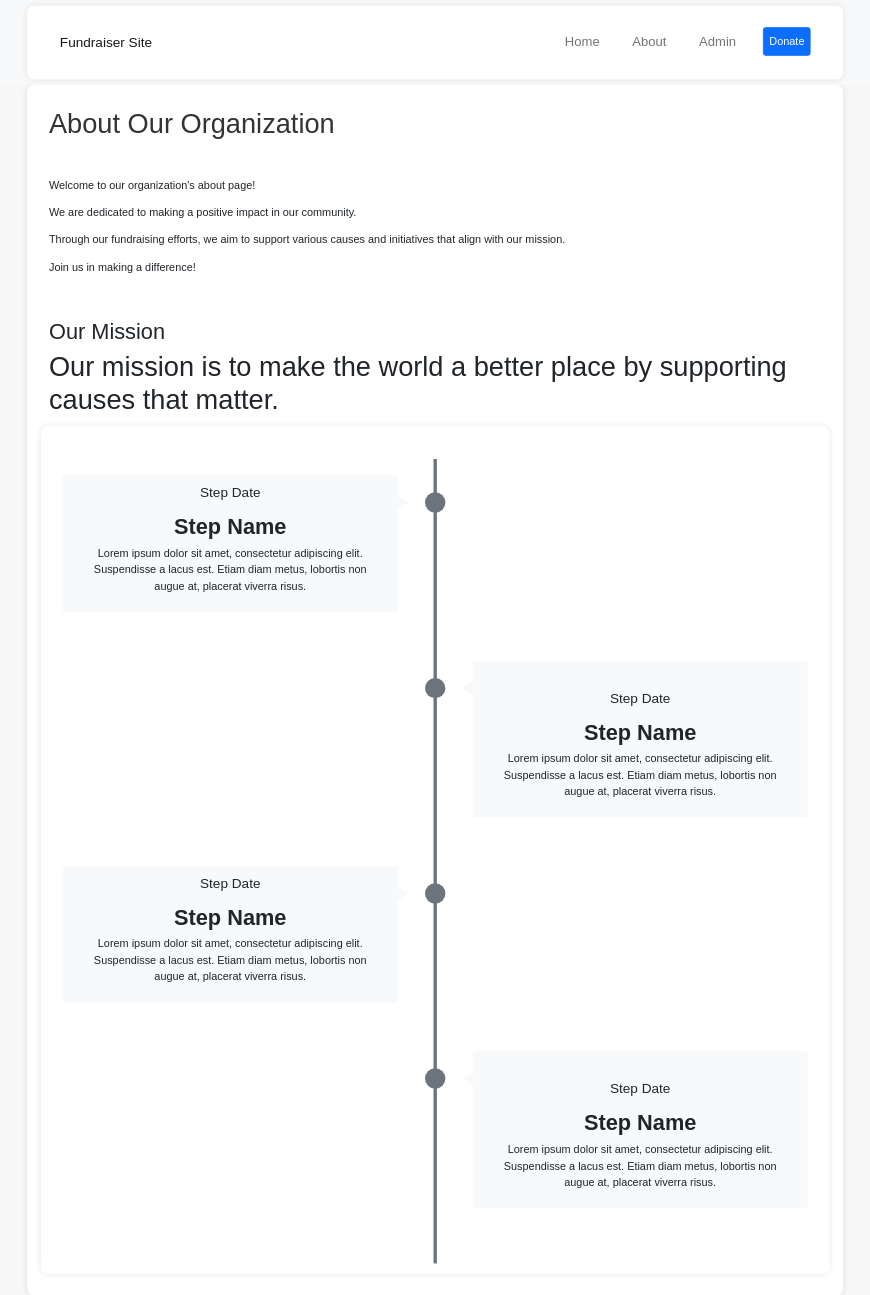
Repository: DragonFruit8/Fundraiser-Page
Page: /about
The author's editor kept a copy of each file at every save. The page is drawn from the files as they stood at one save, then again after a run of saves.
The browser window is 1280 px wide. The pictures show the whole page, at 68% of full size.
The project was rebuilt for these pictures with package versions that can differ from the ones it lists, and the page was loaded fresh each time. Also part of the build but not shown: src/pages/HomeContainer.js, src/pages/Donate.js, src/pages/Admin.js.

Above is the page before, as saved 2024-07-19 14:05:10.

### public/index.html
<!DOCTYPE html>
<html lang="en">
  <head>
    <meta charset="utf-8" />
    <link rel="icon" href="%PUBLIC_URL%/favicon.ico" />
    <meta name="viewport" content="width=device-width, initial-scale=1" />
    <meta name="theme-color" content="#000000" />
    <meta
      name="description"
      content="Web site created using create-react-app"
    />
    <link rel="apple-touch-icon" href="%PUBLIC_URL%/logo192.png" />
    <link
      href="https://cdn.jsdelivr.net/npm/bootstrap@5.0.2/dist/css/bootstrap.min.css"
      rel="stylesheet"
      integrity="sha384-EVSTQN3/azprG1Anm3QDgpJLIm9Nao0Yz1ztcQTwFspd3yD65VohhpuuCOmLASjC"
      crossorigin="anonymous"
    />
    <!--
      manifest.json provides metadata used when your web app is installed on a
      user's mobile device or desktop. See https://developers.google.com/web/fundamentals/web-app-manifest/
    -->
    <link rel="manifest" href="%PUBLIC_URL%/manifest.json" />
    <!--
      Notice the use of %PUBLIC_URL% in the tags above.
      It will be replaced with the URL of the `public` folder during the build.
      Only files inside the `public` folder can be referenced from the HTML.

      Unlike "/favicon.ico" or "favicon.ico", "%PUBLIC_URL%/favicon.ico" will
      work correctly both with client-side routing and a non-root public URL.
      Learn how to configure a non-root public URL by running `npm run build`.
    -->
    <title>React App</title>
  </head>
  <body>
    <noscript>You need to enable JavaScript to run this app.</noscript>
    <div id="root"></div>
    <!--
      This HTML file is a template.
      If you open it directly in the browser, you will see an empty page.

      You can add webfonts, meta tags, or analytics to this file.
      The build step will place the bundled scripts into the <body> tag.

      To begin the development, run `npm start` or `yarn start`.
      To create a production bundle, use `npm run build` or `yarn build`.
    -->
    <script
      src="https://cdn.jsdelivr.net/npm/bootstrap@5.0.2/dist/js/bootstrap.bundle.min.js"
      integrity="sha384-MrcW6ZMFYlzcLA8Nl+NtUVF0sA7MsXsP1UyJoMp4YLEuNSfAP+JcXn/tWtIaxVXM"
      crossorigin="anonymous"
    ></script>
    <script
      src="https://cdn.jsdelivr.net/npm/@popperjs/core@2.9.2/dist/umd/popper.min.js"
      integrity="sha384-IQsoLXl5PILFhosVNubq5LC7Qb9DXgDA9i+tQ8Zj3iwWAwPtgFTxbJ8NT4GN1R8p"
      crossorigin="anonymous"
    ></script>
    <script
      src="https://cdn.jsdelivr.net/npm/bootstrap@5.0.2/dist/js/bootstrap.min.js"
      integrity="sha384-cVKIPhGWiC2Al4u+LWgxfKTRIcfu0JTxR+EQDz/bgldoEyl4H0zUF0QKbrJ0EcQF"
      crossorigin="anonymous"
    ></script>
  </body>
</html>

### src/App.js
import React from 'react';
import { BrowserRouter as Router, Route, Routes } from 'react-router-dom';
import Home from './pages/HomeContainer';
import About from './pages/About';
import Donate from './pages/Donate';
import Admin from './pages/Admin';
import GlobalStyle from './globalStyles';
import Navbar from './components/Navbar';

const App = () => {
  return (
    <Router>
      <GlobalStyle />
        <Navbar />
      <Routes>
          <Route exact path="/" element={<Home />} />
          <Route path="/about" element={<About />} />
          <Route path="/donate" element={<Donate />} />
          <Route path="/admin" element={<Admin />} />
      </Routes>
    </Router>
  );
};

export default App;

### src/pages/About.js
import React from 'react';
import styled from 'styled-components';

const AboutContainer = styled.div`
    text-align: center;

    .timeline:before {
        content: "";
        background: var(--bs-secondary);
        width: 5px;
        height: 95%;
        position: absolute;
        left: 50%;
        transform: translateX(-50%);
    }

    .timeline-item:nth-child(even) .timeline-content {
        float: right;
        padding: 40px 30px 10px 30px;
    }

    .timeline-item:nth-child(even) .timeline-content .date {
        right: auto;
        left: 0;
    }

    .timeline-item:nth-child(even) .timeline-content::after {
        content: "";
        position: absolute;
        border-style: solid;
        width: 0;
        height: 0;
        top: 30px;
        left: -15px;
        border-width: 10px 15px 10px 0;
        border-color: transparent var(--bs-light) transparent transparent;
    }

    .timeline-item::after {
        content: "";
        display: block;
        clear: both;
    }

    .timeline-content {
        position: relative;
        width: 45%;
        padding: 10px 30px;
        border-radius: 4px;
        background: var(--bs-light);
    }

    .timeline-content::after {
        content: "";
        position: absolute;
        border-style: solid;
        width: 0;
        height: 0;
        top: 30px;
        right: -15px;
        border-width: 10px 0 10px 15px;
        border-color: transparent transparent transparent var(--bs-light);
    }

    .timeline-img {
        width: 30px;
        height: 30px;
        background: var(--bs-secondary);
        border-radius: 50%;
        position: absolute;
        left: 50%;
        margin-top: 25px;
        margin-left: -15px;
    }

    @media screen and (max-width: 768px) {
        .timeline::before {
            left: 50px;
        }

        .timeline .timeline-img {
            left: 50px;
        }

        .timeline .timeline-content {
            max-width: 100%;
            width: auto;
            margin-left: 70px;
        }

        .timeline .timeline-item:nth-child(even) .timeline-content {
            float: none;
        }

        .timeline .timeline-item:nth-child(odd) .timeline-content::after {
            content: "";
            position: absolute;
            border-style: solid;
            width: 0;
            height: 0;
            top: 30px;
            left: -15px;
            border-width: 10px 15px 10px 0;
            border-color: transparent #f5f5f5 transparent transparent;
        }
    }
`;

const About = () => {
    return (
        <AboutContainer>
            <div className="container col h-100 justify-content-center align-items-center">
                <h1 className="text-start">About Our Organization</h1>
                <div className="row justify-content-center align-items-center">
                    <div className="col-md-12 my-5 text-start" style={{ textAlign: 'center' }}>
                        <p>Welcome to our organization's about page!</p>
                        <p>We are dedicated to making a positive impact in our community.</p>
                        <p>
                            Through our fundraising efforts, we aim to support various causes and initiatives that align with our
                            mission.
                        </p>
                        <p>Join us in making a difference!</p>
                    </div>
                </div>
                <div className="row justify-content-center align-items-center">
                    <div className="col-md-12 display-6 text-start" style={{ textAlign: 'center' }}>
                        <h2 className="display-7">Our Mission</h2>
                        <p>Our mission is to make the world a better place by supporting causes that matter.</p>
                    </div>
                </div>
                {/*  */}
                <div className="row justify-content-center align-items-center">
                    <div className="container py-5 timeline position-relative">
                        <div className="timeline-item w-100 mb-4 py-4 text-dark lc-block">
                            <div className="timeline-img"></div>
                            <div className="timeline-content">
                                <p className="lead">Step Date</p>
                                <h2 className="fw-bold rfs-12">Step Name</h2>
                                <div>
                                    <p>
                                        Lorem ipsum dolor sit amet, consectetur adipiscing elit. Suspendisse a lacus est. Etiam diam metus,
                                        lobortis non augue at, placerat viverra risus.
                                    </p>
                                </div>
                            </div>
                        </div>
                        <div className="timeline-item w-100 mb-4 py-4 text-dark lc-block">
                            <div className="timeline-img"></div>
                            <div className="timeline-content">
                                <p className="lead">Step Date</p>
                                <h2 className="fw-bold rfs-12">Step Name</h2>
                                <div>
                                    <p>
                                        Lorem ipsum dolor sit amet, consectetur adipiscing elit. Suspendisse a lacus est. Etiam diam metus,
                                        lobortis non augue at, placerat viverra risus.
                                    </p>
                                </div>
                            </div>
                        </div>
                        <div className="timeline-item w-100 mb-4 py-4 text-dark lc-block">
                            <div className="timeline-img"></div>
                            <div className="timeline-content">
                                <p className="lead">Step Date</p>
                                <h2 className="fw-bold rfs-12">Step Name</h2>
                                <div>
                                    <p>
                                        Lorem ipsum dolor sit amet, consectetur adipiscing elit. Suspendisse a lacus est. Etiam diam metus,
                                        lobortis non augue at, placerat viverra risus.
                                    </p>
                                </div>
                            </div>
                        </div>
                        <div className="timeline-item w-100 mb-4 py-4 text-dark lc-block">
                            <div className="timeline-img"></div>
                            <div className="timeline-content">
                                <p className="lead">Step Date</p>
                                <h2 className="fw-bold rfs-12">Step Name</h2>
                                <div>
                                    <p>
                                        Lorem ipsum dolor sit amet, consectetur adipiscing elit. Suspendisse a lacus est. Etiam diam metus,
                                        lobortis non augue at, placerat viverra risus.
                                    </p>
                                </div>
                            </div>
                        </div>
                    </div>
                </div>
            </div>
        </AboutContainer>
    );
};

export default About;

### src/globalStyles.js
import { createGlobalStyle } from 'styled-components';

const GlobalStyle = createGlobalStyle`
  body {
    margin: 0;
    padding: 0;
    font-family: 'Arial', sans-serif;
    background-color: #f7f7f7;
  }

  nav {
    background-color: #333;
    padding: 1rem;
    display: flex;
    justify-content: center;
  }

  nav a {
    color: #fff;
    margin: 0 1rem;
    text-decoration: none;
    font-size: 1.2rem;
  }

  nav a:hover {
    text-decoration: underline;
  }

  .container {
    max-width: 1200px;
    margin: 0 auto;
    padding: 2rem;
    background-color: #fff;
    box-shadow: 0 0 10px rgba(0, 0, 0, 0.1);
    border-radius: 10px;
  }

  h1 {
    color: #333;
  }

  button {
    background-color: #007BFF;
    color: #fff;
    border: none;
    padding: 0.5rem 1rem;
    font-size: 1rem;
    border-radius: 5px;
    cursor: pointer;
  }

  button:hover {
    background-color: #0056b3;
  }

  input {
    padding: 0.5rem;
    font-size: 1rem;
    margin-right: 0.5rem;
    border-radius: 5px;
    border: 1px solid #ccc;
  }
`;

export default GlobalStyle;

### src/components/Navbar.js
import React from 'react';
import { Link } from 'react-router-dom';

const Navbar = () => {
    return (
        <nav className="navbar navbar-expand-lg navbar-light bg-light">
            <div className="container">
                <Link className="navbar-brand" to="/">Fundraiser Site</Link>
                <button className="navbar-toggler" type="button" data-bs-toggle="collapse" data-bs-target="#navbarNav" aria-controls="navbarNav" aria-expanded="false" aria-label="Toggle navigation">
                    <span className="navbar-toggler-icon"></span>
                </button>
                <div className="collapse navbar-collapse" id="navbarNav">
                    <ul className="navbar-nav ms-auto">
                        <li className="nav-item">
                            <Link className="nav-link" to="/">Home</Link>
                        </li>
                        <li className="nav-item">
                            <Link className="nav-link" to="/about">About</Link>
                        </li>
                        <li className="nav-item">
                            <Link className="nav-link" to="/admin">Admin</Link>
                        </li>
                        <li className="nav-item">
                            <Link className="nav-link btn btn-primary text-white" to="/donate">Donate</Link>
                        </li>
                    </ul>
                </div>
            </div>
        </nav>
    );
}

export default Navbar;

Loaded but not shown: src/index.js (common file); src/index.css (common file)

After the next 5 saves:
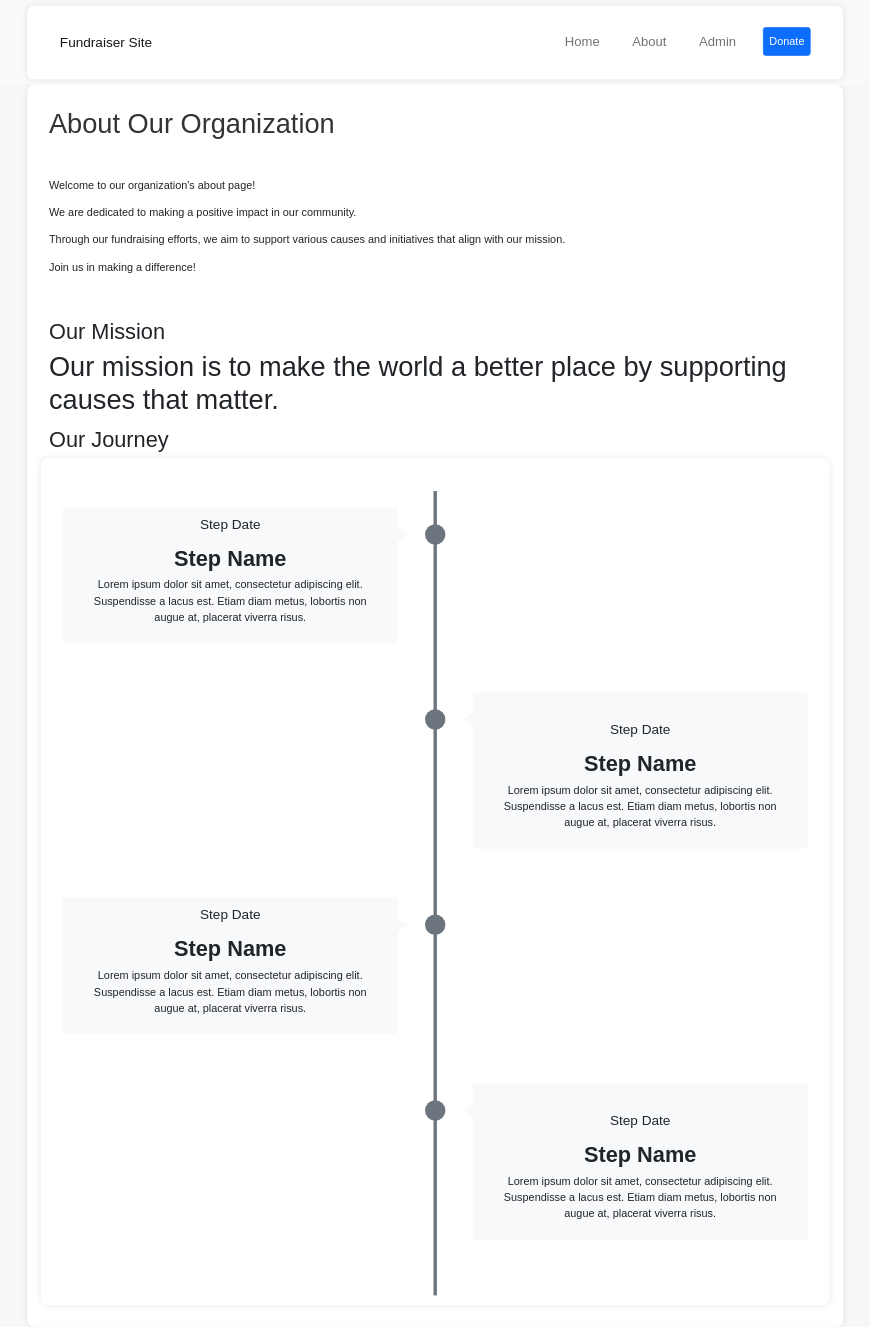
The 5 saves are shown as one change because 1 did not build or start and some came seconds apart.
The last was saved 17 s later.
--- a/src/pages/About.js
+++ b/src/pages/About.js
@@ -128,7 +128,12 @@ const About = () => {
                         <p>Our mission is to make the world a better place by supporting causes that matter.</p>
                     </div>
                 </div>
-                {/*  */}
+                {/* Timeline title */}
+                <div className="row justify-content-center align-items-center">
+                    <div className="col-md-12 display-6 text-start" style={{ textAlign: 'center' }}>
+                        <h2 className="display-7">Our Journey</h2>
+                    </div>
+                </div>
                 <div className="row justify-content-center align-items-center">
                     <div className="container py-5 timeline position-relative">
                         <div className="timeline-item w-100 mb-4 py-4 text-dark lc-block">
